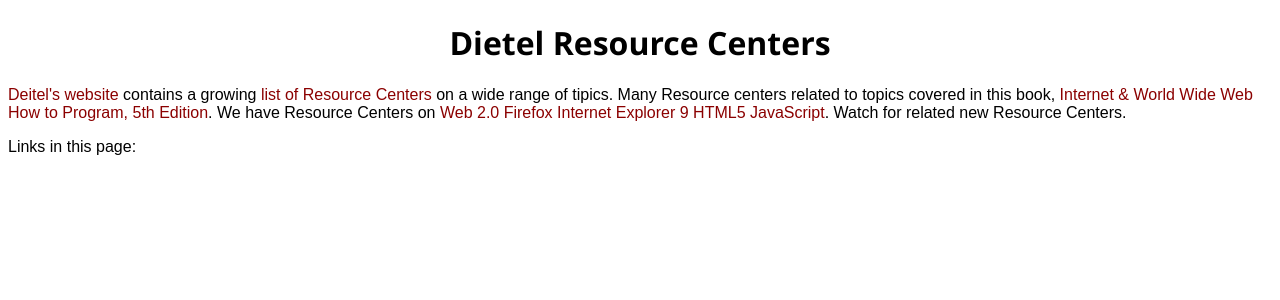
Repository: mlmEFSC21/P20-DOM-Links-Collection
Page: collections.html
These files come from the project's save history. The page is drawn as it stood at one moment and after the next save; the edit follows.
The browser window is 1280 px wide. The pictures show the whole page.

Above is the page before, as saved 2022-04-12 20:24:12.

### collections.html
<!DOCTYPE html>

<!-- Fig. 12.13: collections.html -->
<!-- Using the links collection. -->
<html lang="en">
    <head>
        <meta charset="UTF-8" />
        <meta http-equiv="X-UA-Compatible" content="IE=edge" />
        <meta name="viewport" content="width=device-width, initial-scale=1.0" />
        <link rel="stylesheet" href="style.css" />
        <script src="collections.js"></script>
        <title>Using Links Collection</title>
    </head>
    <body>
        <h1>Dietel Resource Centers</h1>
        <p>
            <a href="http://www.deitel.com/">Deitel's website</a> contains a growing
            <a href="http://deitel.com/ResourceCenters.html">list of Resource Centers</a> on a wide
            range of tipics. Many Resource centers related to topics covered in this book,
            <a href="http://deitel.com/books/iw3htp5"
                >Internet & World Wide Web How to Program, 5th Edition</a
            >. We have Resource Centers on
            <a href="http://deitel.com/Web2.0">Web 2.0</a>
            <a href="http://deitel.com/Firefox">Firefox</a>
            <a href="http://deitel.com/IE9">Internet Explorer 9</a>
            <a href="http://deitel.com/HTML5">HTML5</a>
            <a href="http://deitel.com/JavaScript">JavaScript</a>. Watch for related new Resource
            Centers.
        </p>
        <p>Links in this page:</p>
        <div id="links"></div>
    </body>
</html>

### style.css
/* Fig. 12.12: style.css */
/* CSS for collections.html */
body {
    font-family: Arial, Helvetica, sans-serif;
}
h1 {
    font-family: "Segoe UI", Tahoma, Geneva, Verdana, sans-serif;
    text-align: center;
}
p a {
    color: darkred;
}
ul {
    font-size: 0.9em;
}
li {
    display: inline;
    list-style-type: none;
    border-right: 1px solid gray;
    padding-left: 5px;
    padding-right: 5px;
}
li:first-child {
    padding-left: 0px;
}
li:last-child {
    border-right: none;
}
a {
    text-decoration: none;
}
a:hover {
    text-decoration: underline;
}

### collections.js
// Fig. 12.14: collections.js
// Script to demonstrate using the links collection.
function processLinks() {
    var linksList = document.links; // get all links in document
    var contents = "<ul>";

    //concatenate each link to contents
    for (var i = 0; i < linksList.length; ++i) {
        var currentLink = linksList[i];
        contents += '<li><a href="' + currentLink.href + '">' + currentLink.innerHTML + "</a></li>";
    } // end for
    contents += "</ul>";
}

After the next save:
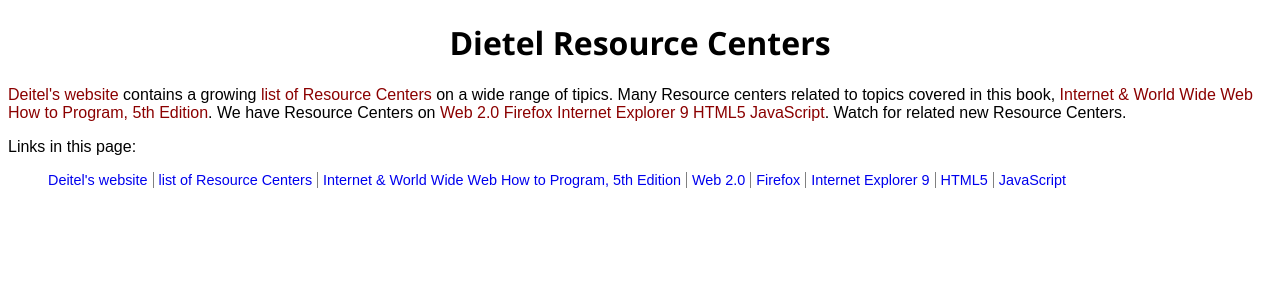
Saved 47 s later.
--- a/collections.js
+++ b/collections.js
@@ -10,4 +10,7 @@
         contents += '<li><a href="' + currentLink.href + '">' + currentLink.innerHTML + "</a></li>";
     } // end for
     contents += "</ul>";
-}
+    document.getElementById("links").innerHTML = contents;
+} // end function processLinks
+
+window.addEventListener("load", processLinks, false);
